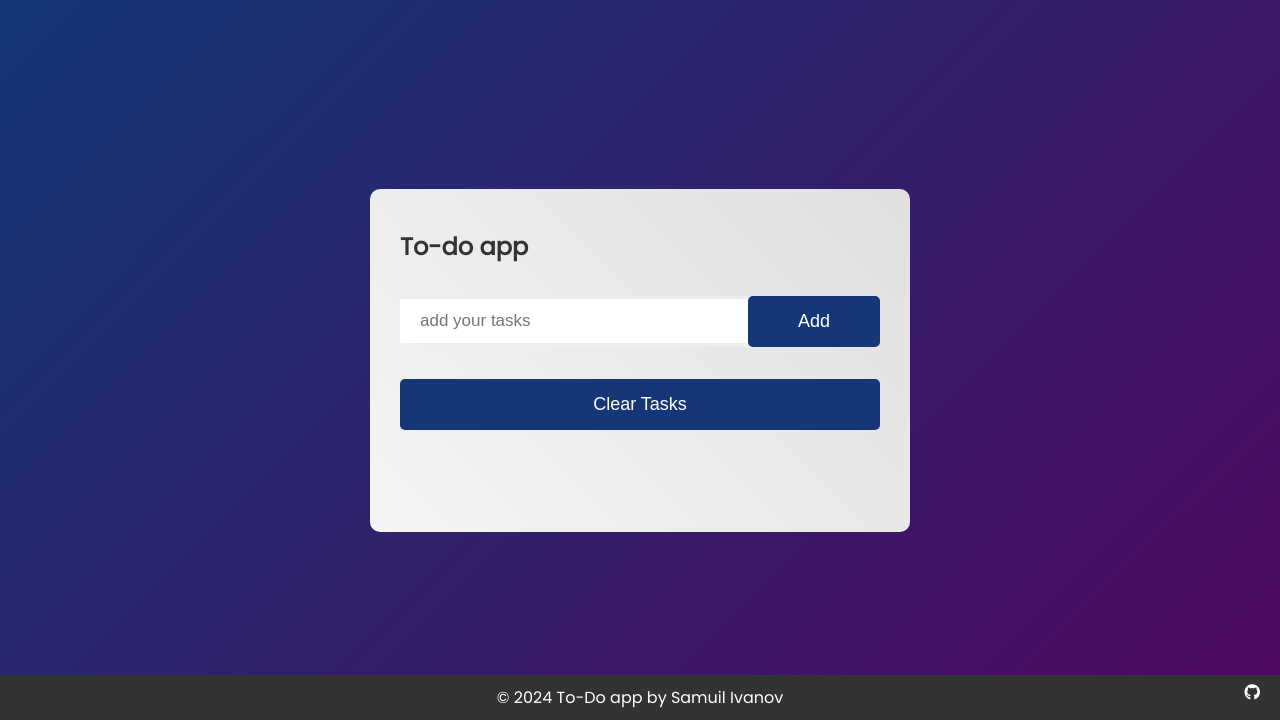
Repository: samoshi/To-do
Page: http://localhost/
These files come from the project's save history. The page is drawn as it stood at one moment and after the next save; the edit follows.
The browser window is 1280 px wide. The pictures show the whole page.
The page is served by the project's application, run on Flask 3 (app/app.py). Queries for data that is not in the repository find no rows.

Above is the page before, as saved 2024-01-14 22:29:04.

After the next save:
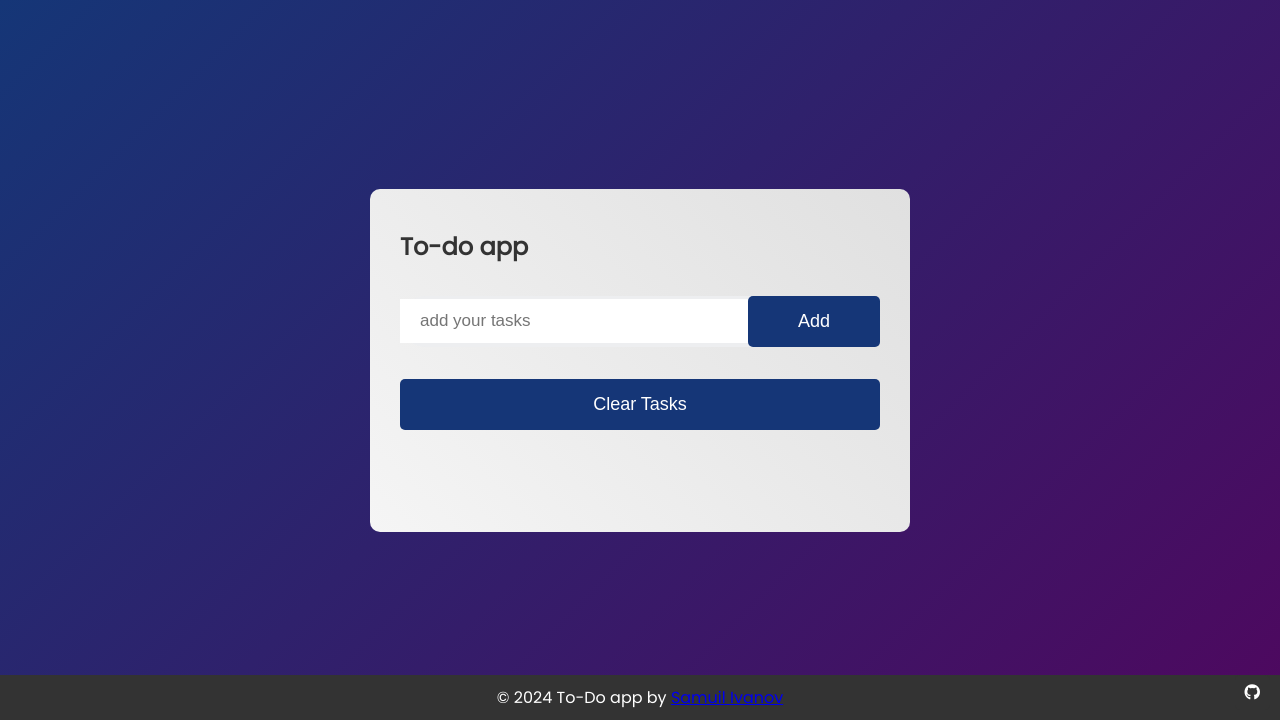
Saved 41 s later.
--- a/app/templates/index.html
+++ b/app/templates/index.html
@@ -44,7 +44,7 @@
         </div>
     </div>
     <div class="footer">
-        &copy; 2024 To-Do app by Samuil Ivanov
+        &copy; 2024 To-Do app by <a href="https://www.linkedin.com/in/samuil-ivanov-63782b170/">Samuil Ivanov</a>
     </div>
     <a href="https://github.com/samoshi/To-do" class="github-link" target="_blank">
         <i class="fab fa-github"></i>
